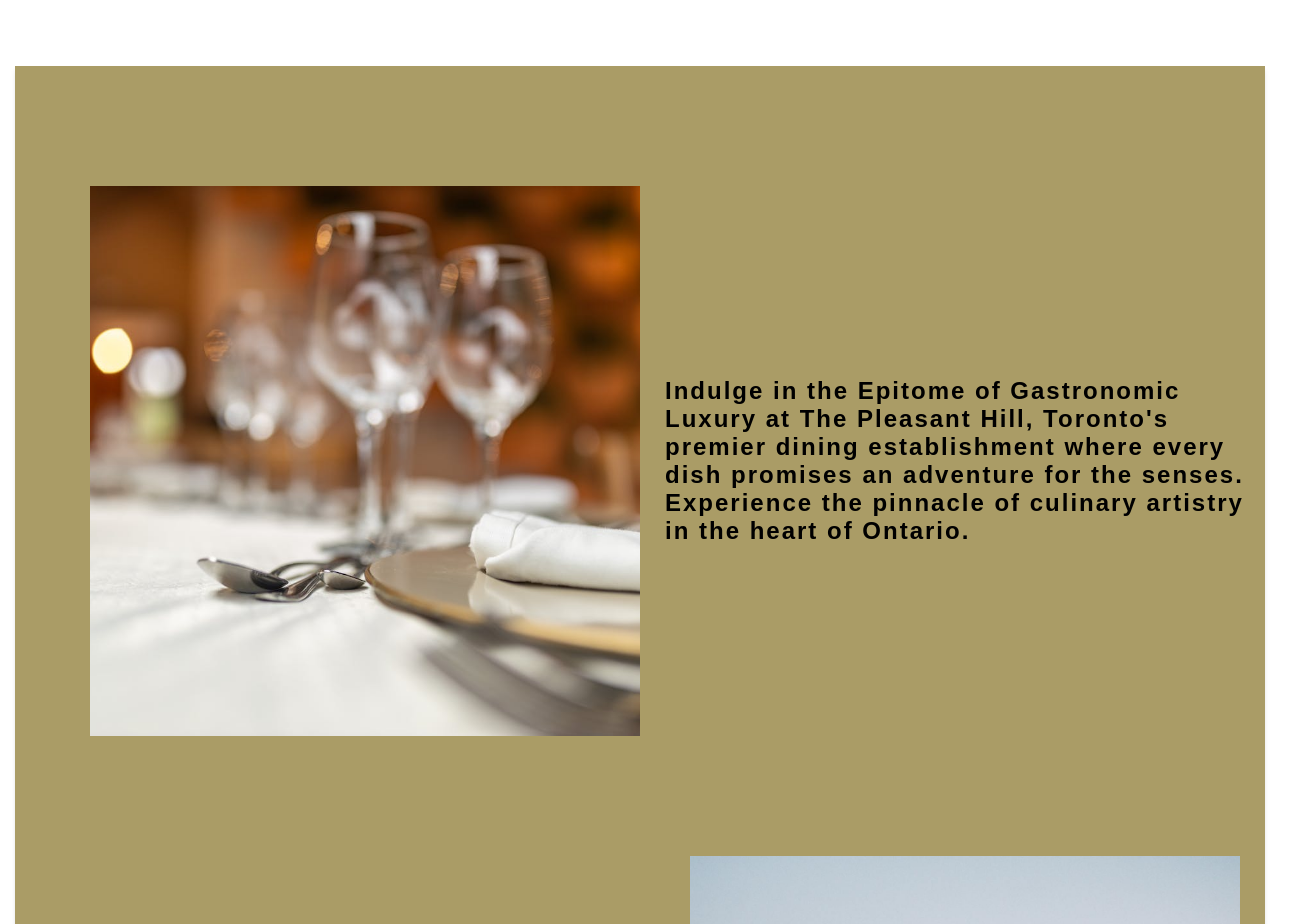
Repository: shayanabedi98/pleasant-hill-restaurant
Page: /
The author's editor kept a copy of each file at every save. The page is drawn from the files as they stood at one save, then again after the next save.
The browser window is 1280 px wide. The page is 1290 px wide, so the pictures cover 1290 px, including what lies to the right of the window. The pictures show the part of the page from y = 984 to 1908 px (the page is 2580 px tall).
Backgrounds fixed to the window are drawn as part of the page. Some web fonts or font styles are not loaded; a fallback is used. The project was rebuilt for these pictures with package versions that can differ from the ones it lists, and the page was loaded fresh each time. Also part of the build but not shown: vite.config.js, src/components/Contact.jsx, src/components/MenuList.jsx, src/components/Appetizers.jsx, src/components/Entrees.jsx, src/components/Desserts.jsx, src/components/Drinks.jsx, src/components/Menu.jsx and 1 more.

Above is the page before, as saved 2023-12-27 19:03:19.

### index.html
<!doctype html>
<html lang="en">
  <head>
    <meta charset="UTF-8" />
    <link rel="icon" type="image/svg+xml" href="/vite.svg" />
    <meta name="viewport" content="width=device-width, initial-scale=1.0" />
    <link rel="preconnect" href="https://fonts.googleapis.com">
    <link rel="preconnect" href="https://fonts.gstatic.com" crossorigin>
    <link href="https://fonts.googleapis.com/css2?family=Italiana&display=swap" rel="stylesheet">
    <title></title>
  </head>
  <body>
    <div id="root"></div>
    <script type="module" src="/src/main.jsx"></script>
  </body>
</html>

### src/App.jsx
import { useState } from "react";
import Contact from "./components/Contact";
import Home from "./components/Home";
import Menu from "./components/Menu";
import Navbar from "./components/Navbar";
import "./App.css";

function App() {
  const [activeDiv, setActiveDiv] = useState({
    home: true,
    menu: false,
    contact: false,
  });

  const renderDiv = (clickedItem) => {
    setActiveDiv({
      home: clickedItem === 'home',
      menu: clickedItem === 'menu',
      contact: clickedItem === 'contact'
    })
  }

  return (
    <>
      <Navbar onClick={renderDiv} />
      {activeDiv.home && <Home />}
      {activeDiv.menu && <Menu />}
      {activeDiv.contact && <Contact />}
    </>
  );
}

export default App;

### src/components/Home.jsx
import React from 'react'
import aboutImg from '../assets/about.jpg'
import toronto from '../assets/toronto.jpg'
import '../assets/banner.jpg'

const Home = () => {
  return (
    <div className='home'>
      <div className='banner-content'>
        <h1>Dine in luxury at The Pleasant Hill</h1>
        <div className='banner-buttons'>
          <button>View Menu</button>
          <button>Book Reservation</button>
        </div>
      </div>
      <div className="about">
        <div className='about1'>
          <img src={aboutImg} alt="zoomed in picture of a dining table with utensils" />
          <h2>Indulge in the Epitome of Gastronomic Luxury at The Pleasant Hill, Toronto's premier dining establishment where every dish promises an adventure for the senses. Experience the pinnacle of culinary artistry in the heart of Ontario.</h2>
        </div>

        <div className="about2">
          <p>Nestled in the heart of Toronto, Ontario, The Pleasant Hill offers an oasis of culinary refinement in a world bustling with activity. This luxurious haven of gastronomy is not just a restaurant; it is a destination where the art of fine dining is celebrated, and every meal is an exquisite journey. With its opulent ambiance, The Pleasant Hill invites patrons to indulge in a symphony of flavors crafted by world-renowned chefs. Our sommelier-curated wine selection complements the epicurean delights, featuring rare vintages and sought-after labels from the most esteemed vineyards. At The Pleasant Hill, we believe that a meal should be a cherished moment, a time to savor the luxuries that life has to offer. We take pride in creating an unforgettable experience that begins with a warm welcome and lingers long after the last decadent dessert is enjoyed. Come, be our guest and immerse yourself in the pinnacle of Toronto's dining scene.</p>
          <img src={toronto} alt="Toronto skyline" />
        </div>
      </div>
    </div>
  )
}

export default Home

### src/components/Navbar.jsx
import React from "react";
import logo from "../assets/logo2.png";

const Navbar = ({ onClick }) => {
  return (
    <div className="navbar">
      <img src={logo} alt="" />
      <ul>
        <li onClick={() => onClick("home")}>Home</li>
        <li onClick={() => onClick("menu")}>Menu</li>
        <li onClick={() => onClick("contact")}>Contact</li>
      </ul>
    </div>
  );
};

export default Navbar;

### src/App.css


* {
  font-family: 'Italiana', sans-serif;
  font-weight: 600;
  letter-spacing: 2px;
}

body {
  padding: 0px;
  margin: 0px;
}

.contact, .menu {
  margin-top: 180px;
}

.navbar {
  background-color: black;
  display: grid;
  grid-template-columns: 1fr 1fr;
  place-items: center;
  align-content: center;
  height: 120px;
  box-shadow: rgba(0, 0, 0, 0.24) 0px 3px 8px;
  z-index: 2;
  position: fixed;
  width: 100%;
  top: 0;
}

.navbar ul li {
  list-style: none;
  font-size: 24px;
  text-align: center;
  color: rgb(245, 245, 232);
  background-color: black;
}

.navbar ul {
  display: grid;
  width: 70%;
  grid-template-columns: 1fr 1fr 1fr;
  padding: 0px;
  margin: 0px;

}

.navbar ul li:hover {
  cursor: pointer;
  background-color: #aa9c66;
}

.banner-content {
  background: url('./assets/banner.jpg');
  background-attachment: fixed;
  height: 980px;
  display: grid;
  place-items: center;
}

.banner-content h1 {
  position: relative;
  top: 200px;
  font-size: 70px;
  color: #ffffff;
}

.banner-buttons {
  position: relative;
  top: -150px;
  display: grid;
  grid-template-columns: 1fr 1fr;
  gap: 50px;
}

.banner-buttons button {
  width: 170px;
  height: 70px;
  font-size: 20px;
  border: none;
  background-color: #aa9c66;
  color: #ffffff;
  cursor: pointer;
  box-shadow: rgba(50, 50, 93, 0.25) 0px 13px 27px -5px, rgba(0, 0, 0, 0.3) 0px 8px 16px -8px;
}

.about {
  box-shadow: rgba(0, 0, 0, 0.1) 0px 4px 6px -1px, rgba(0, 0, 0, 0.06) 0px 2px 4px -1px;
  width: 1200px;
  margin: 70px auto;
  padding: 25px;
  text-align: start;
  background-color: #aa9c66;
}

.about1, .about2 {
  display: grid;
  grid-template-columns: 1fr 1fr;
  place-items: center;
  width: 1200px;
  margin: 70px auto;
  padding: 25px;
}

.about img {
  height: 550px;
  width: 550px;
  object-fit: cover;
}

.card-container {
  display: grid;
  gap: 20px;
  grid-template-columns: repeat(3, 1fr);
  place-items: center;
  color: #aa9c66;
  width: 1200px;
  margin: auto;
}

.menu-imgs {
  width: 300px;
  margin: 30px 30px 30px 30px;
  border-radius: 5%;
}

.menu-desc {
  text-align: center;
  font-weight: 600;
  padding-left: 20px;
  padding-right: 20px
}

.menu-names {
  font-size: 25px;
  text-decoration: underline;
  color: rgb(158, 152, 96);
}

.card {
  width: 370px;
  min-height: 400px;
  cursor: pointer;
  box-shadow: 0 13px 27px -5px hsla(240, 30.1%, 28%, 0.25), 0 8px 16px -8px hsla(0, 0%, 0%, 0.3), 0 -6px 16px -6px hsla(0, 0%, 0%, 0.03);
  transition: all ease 200ms;
  display: grid;
  place-items: center;
  grid-template-rows: 1fr 0.3fr 0.3fr;
  background-color: black;
  border-radius: 1rem;
  overflow: hidden;

}

.card:hover {
  cursor: pointer;
  transform: scale(1.03);
  box-shadow: 0 13px 40px -5px hsla(240, 30.1%, 28%, 0.12), 0 8px 32px -8px hsla(0, 0%, 0%, 0.14), 0 -6px 32px -6px hsla(0, 0%, 0%, 0.02);
}


.menu-desc, .menu-names {
  background-color: black;
}

.menu h2 {
  text-align: center;
  font-size: 35px;
  margin: 60px 0 60px 0;

}

.menu h1 {
  text-align: center;
  font-size: 40px;

}

.menu-top-p {
  text-align: center;
  font-size: 23px;
  width: 1200px;
  margin: 70px auto;
}


.contact h1 {
  text-align: center;
  width: 1200px;
  font-size: 45px;
  margin: 70px auto;
  text-decoration: underline;

}

.contact h2 {
  text-align: center;
  margin: 1px auto;
  width: 1200px;
}

.contact h3 {
  text-align: center;
  margin: 40px auto;
}

.iframe-div {
  margin: 50px auto;
  display: flex;
  justify-content: center;
  align-items: center;
}

Loaded but not shown: src/main.jsx (common file)

After the next save:
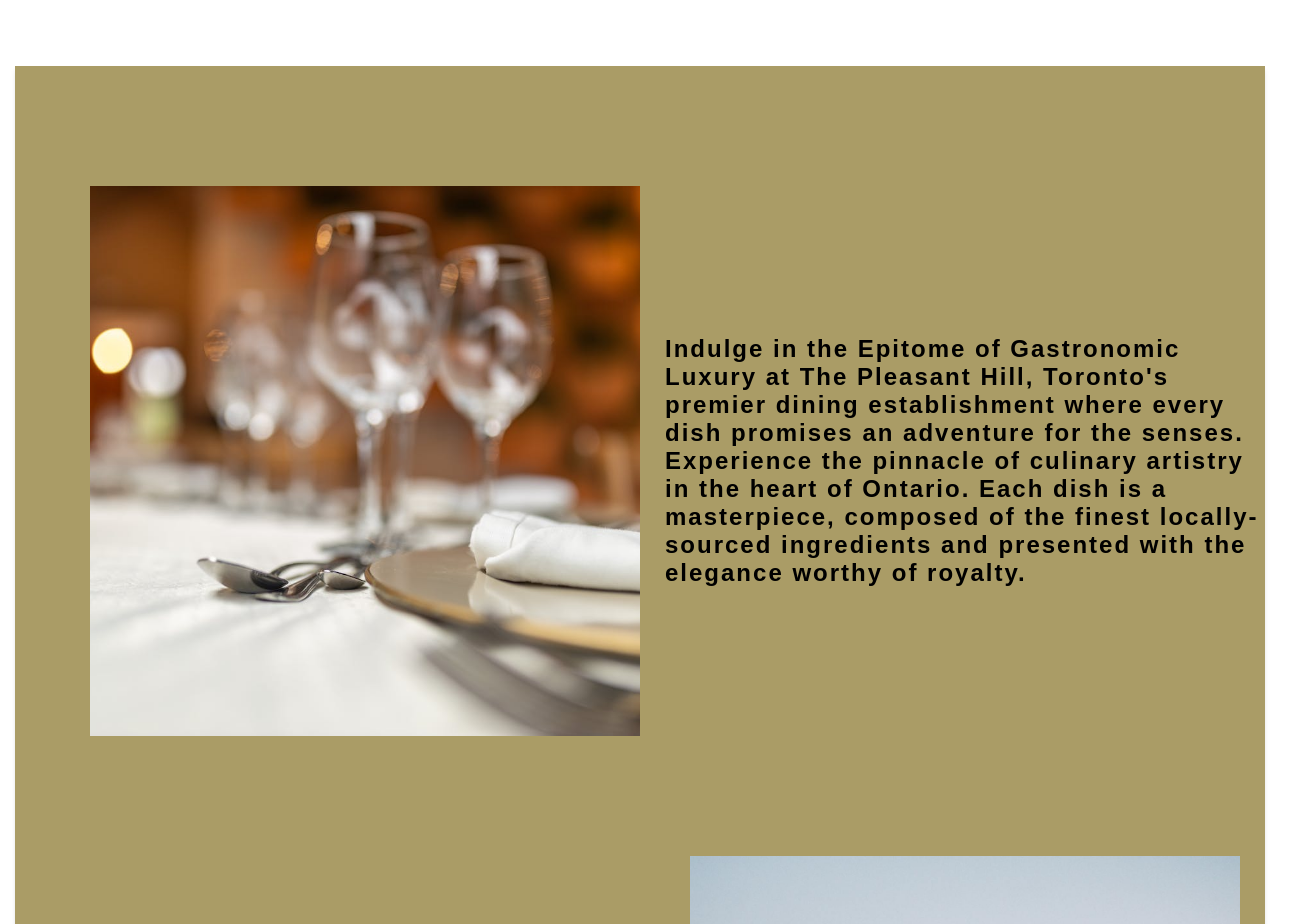
Saved 6 s later.
--- a/src/components/Home.jsx
+++ b/src/components/Home.jsx
@@ -16,7 +16,7 @@ const Home = () => {
       <div className="about">
         <div className='about1'>
           <img src={aboutImg} alt="zoomed in picture of a dining table with utensils" />
-          <h2>Indulge in the Epitome of Gastronomic Luxury at The Pleasant Hill, Toronto's premier dining establishment where every dish promises an adventure for the senses. Experience the pinnacle of culinary artistry in the heart of Ontario.</h2>
+          <h2>Indulge in the Epitome of Gastronomic Luxury at The Pleasant Hill, Toronto's premier dining establishment where every dish promises an adventure for the senses. Experience the pinnacle of culinary artistry in the heart of Ontario. Each dish is a masterpiece, composed of the finest locally-sourced ingredients and presented with the elegance worthy of royalty.</h2>
         </div>
 
         <div className="about2">
